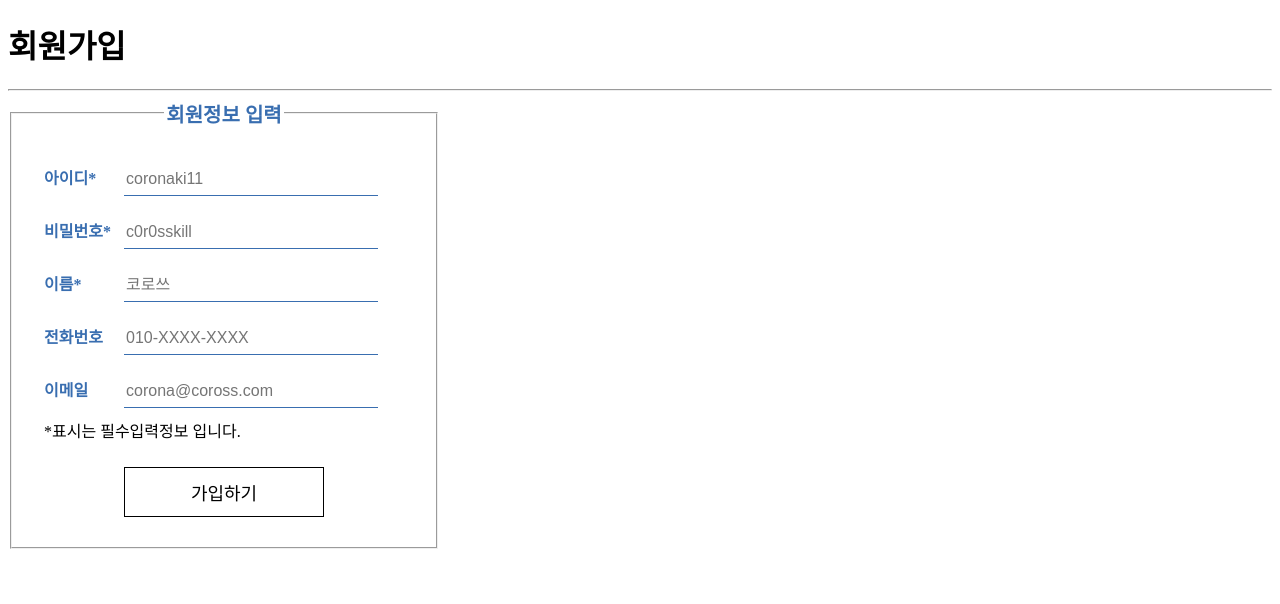
Repository: bbookk1104/spring-workspace
Page: http://localhost/practice_CRUD/joinFrm.do
These files come from the project's save history. The page is drawn as it stood at one moment and after the next save; the edit follows.
The browser window is 1280 px wide. The pictures show the whole page.
The page is served by Tomcat 9.

Above is the page before, as saved 2022-09-30 10:15:59.

After the next save:
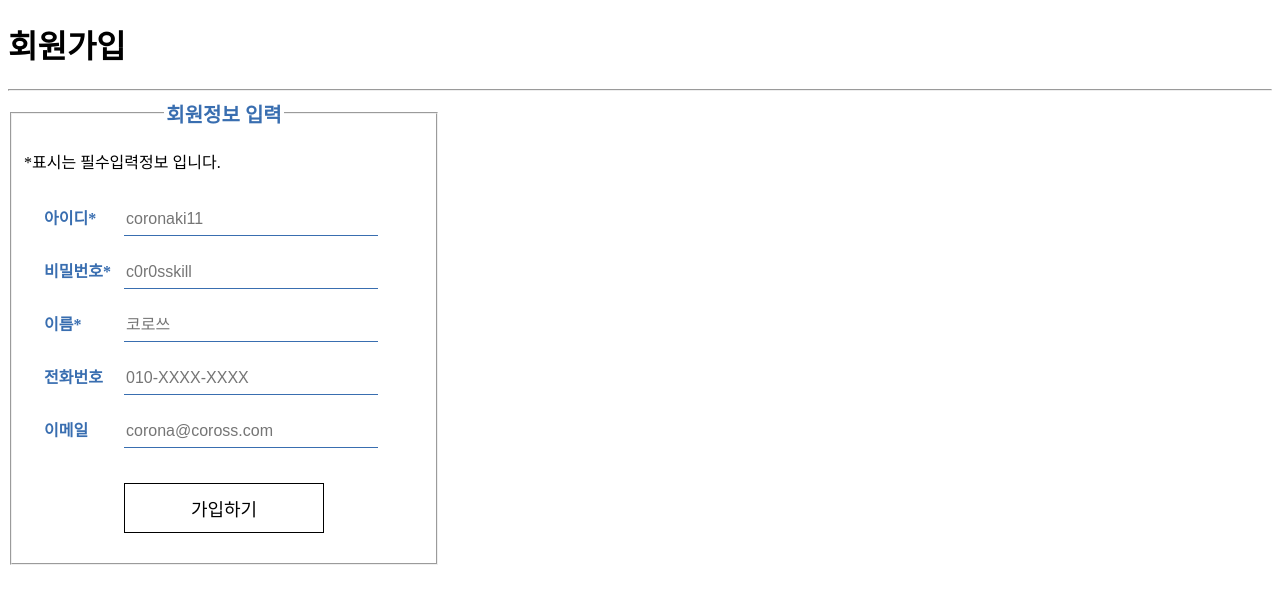
Saved 44 s later.
--- a/practice_CRUD/src/main/webapp/WEB-INF/views/member/joinFrm.jsp
+++ b/practice_CRUD/src/main/webapp/WEB-INF/views/member/joinFrm.jsp
@@ -69,13 +69,13 @@
 	<form action="/insertMember.do" method="post">
 		<fieldset>
 			<legend>회원정보 입력</legend>
+			<p>*표시는 필수입력정보 입니다.</p>
 			<ul>
 				<li><label for="id">아이디*</label><input type="text" name="memberId" id="id" placeholder="coronaki11" autocomplete="off" required></li>
 				<li><label for="pw">비밀번호*</label><input type="password" name="memberPw" id="pw" placeholder="c0r0sskill" autocomplete="off" required></li>
 				<li><label for="name">이름*</label><input type="text" name="memberName" id="name" placeholder="코로쓰" autocomplete="off" required></li>
 				<li><label for="phone">전화번호</label><input type="text" name="phone" id="phone" placeholder="010-XXXX-XXXX" autocomplete="off"></li>
 				<li><label for="email">이메일</label><input type="text" name="email" id="email" placeholder="corona@coross.com" autocomplete="off"></li>
-				<span>*표시는 필수입력정보 입니다.</span>
 				<li style="text-align: center;"><input type="submit" value="가입하기"></li>
 			</ul>
 		</fieldset>
